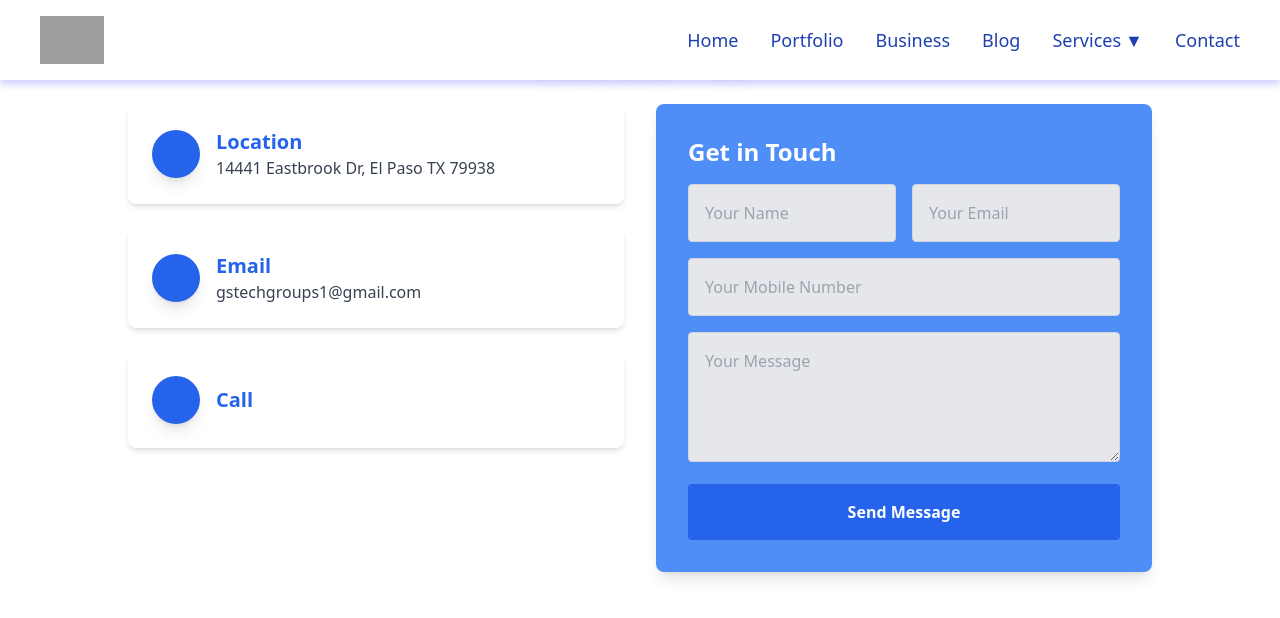
Repository: Rudra-Eswaran/Rudra_Official
Page: /
The author's editor kept a copy of each file at every save. The page is drawn from the files as they stood at one save, then again after a run of saves.
The browser window is 1280 px wide. The pictures show the whole page.
Pictures or frames that could not be fetched are drawn as grey boxes. Some web libraries are served in a nearby version. The project was rebuilt for these pictures with package versions that can differ from the ones it lists, and the page was loaded fresh each time. Also part of the build but not shown: vite.config.js.

Above is the page before, as saved 2025-04-15 18:57:47.

### index.html
<!doctype html>
<html lang="en">
  <head>
    <meta charset="UTF-8" />
    <link rel="icon" type="image/svg+xml" href="/vite.svg" />
    <meta name="viewport" content="width=device-width, initial-scale=1.0" />
    <title>Rudra Loading</title>
    <!-- Tailwind CSS CDN -->
<script src="https://cdn.tailwindcss.com"></script>

  </head>
  <body>
    <div id="root"></div>
    <script type="module" src="/src/main.jsx"></script>
  </body>
</html>

### src/App.jsx
import Navbar from "./components/Navbar";
import Contact from "./pages/Contactus";

export default function App() {
  return (
    <>
      <Navbar />
      <Contact/>
    </>
  );
}

### src/components/Navbar.jsx
import { useState, useEffect } from "react";
import { Link } from "react-router-dom";

const Navbar = () => {
  const [isOpen, setIsOpen] = useState(false);
  const [scrolled, setScrolled] = useState(false);

  // Detect when the user scrolls to change the navbar style
  useEffect(() => {
    const handleScroll = () => {
      setScrolled(window.scrollY > 10);
    };
    window.addEventListener("scroll", handleScroll);
    return () => window.removeEventListener("scroll", handleScroll);
  }, []);

  return (
    <nav
      className={`fixed top-0 left-0 w-full z-10 py-4 transition-all duration-300 ease-in-out ${
        scrolled ? "bg-white shadow-lg" : "bg-white"
      } px-4 shadow-[0px_4px_8px_0px_rgba(0,0,255,0.2)]`}
    >
      <div className="max-w-full mx-auto flex justify-between items-center px-4 md:px-6">
        {/* Logo */}
        <div className="flex items-center space-x-2">
          <img
            src="path_to_your_logo.gif"
            alt="Logo"
            className="h-12 w-auto transition-transform transform hover:scale-110"
          />
        </div>

        {/* Desktop Menu */}
        <ul className="hidden md:flex space-x-8 text-lg font-medium text-blue-800">
          <li>
            <Link
              to="/"
              className="hover:text-blue-300 transition duration-300 ease-in-out transform hover:scale-105"
            >
              Home
            </Link>
          </li>
          <li>
            <Link
              to="/portfolio"
              className="hover:text-blue-300 transition duration-300 ease-in-out transform hover:scale-105"
            >
              Portfolio
            </Link>
          </li>
          <li>
            <Link
              to="/business"
              className="hover:text-blue-300 transition duration-300 ease-in-out transform hover:scale-105"
            >
              Business
            </Link>
          </li>
          <li>
            <Link
              to="/blog"
              className="hover:text-blue-300 transition duration-300 ease-in-out transform hover:scale-105"
            >
              Blog
            </Link>
          </li>

          {/* Services Dropdown */}
          <li className="relative">
            <button
              onClick={() => setIsOpen(!isOpen)}
              className="flex items-center hover:text-blue-300 transition duration-300 ease-in-out transform hover:scale-105"
            >
              Services
              <span className="ml-1 text-lg">{isOpen ? "▲" : "▼"}</span> {/* Chevron Arrow */}
            </button>
            {isOpen && (
              <ul className="absolute left-0 mt-2 space-y-2 bg-white shadow-lg text-blue-800 p-4 rounded-lg w-48">
                <li>
                  <Link
                    to="/products"
                    onClick={() => setIsOpen(false)}
                    className="block text-sm hover:text-blue-500 transition duration-300 ease-in-out transform hover:scale-105"
                  >
                    Products
                  </Link>
                </li>
                <li>
                  <Link
                    to="/services"
                    onClick={() => setIsOpen(false)}
                    className="block text-sm hover:text-blue-500 transition duration-300 ease-in-out transform hover:scale-105"
                  >
                    Services
                  </Link>
                </li>
                <li>
                  <Link
                    to="/edtech"
                    onClick={() => setIsOpen(false)}
                    className="block text-sm hover:text-blue-500 transition duration-300 ease-in-out transform hover:scale-105"
                  >
                    Edtech
                  </Link>
                </li>
              </ul>
            )}
          </li>

          <li>
            <Link
              to="/contact"
              className="hover:text-blue-300 transition duration-300 ease-in-out transform hover:scale-105"
            >
              Contact
            </Link>
          </li>
        </ul>

        {/* Mobile Menu Button */}
        <div className="md:hidden">
          <button
            onClick={() => setIsOpen(!isOpen)}
            className="text-blue-800 text-2xl transition-all ease-in-out duration-300"
          >
            {isOpen ? '❌' : '☰'}
          </button>
        </div>
      </div>

      {/* Mobile Menu */}
      {isOpen && (
        <ul className="md:hidden bg-white text-blue-800 p-6 space-y-4">
          <li>
            <Link
              to="/"
              onClick={() => setIsOpen(false)}
              className="block text-lg hover:text-blue-300 transition-all duration-300"
            >
              Home
            </Link>
          </li>
          <li>
            <Link
              to="/portfolio"
              onClick={() => setIsOpen(false)}
              className="block text-lg hover:text-blue-300 transition-all duration-300"
            >
              Portfolio
            </Link>
          </li>
          <li>
            <Link
              to="/business"
              onClick={() => setIsOpen(false)}
              className="block text-lg hover:text-blue-300 transition-all duration-300"
            >
              Business
            </Link>
          </li>
          <li>
            <Link
              to="/blog"
              onClick={() => setIsOpen(false)}
              className="block text-lg hover:text-blue-300 transition-all duration-300"
            >
              Blog
            </Link>
          </li>

          {/* Services Dropdown in Mobile */}
          <li className="relative">
            <button
              onClick={() => setIsOpen(!isOpen)}
              className="block text-lg hover:text-blue-300 transition-all duration-300 w-full text-left"
            >
              Services <span className="ml-1 text-lg">{isOpen ? "▲" : "▼"}</span> {/* Chevron Arrow */}
            </button>
            {isOpen && (
              <ul className="space-y-2 pl-4">
                <li>
                  <Link
                    to="/products"
                    onClick={() => setIsOpen(false)}
                    className="text-sm hover:text-blue-500 transition duration-300 ease-in-out transform hover:scale-105"
                  >
                    Products
                  </Link>
                </li>
                <li>
                  <Link
                    to="/services"
                    onClick={() => setIsOpen(false)}
                    className="text-sm hover:text-blue-500 transition duration-300 ease-in-out transform hover:scale-105"
                  >
                    Services
                  </Link>
                </li>
                <li>
                  <Link
                    to="/edtech"
                    onClick={() => setIsOpen(false)}
                    className="text-sm hover:text-blue-500 transition duration-300 ease-in-out transform hover:scale-105"
                  >
                    Edtech
                  </Link>
                </li>
              </ul>
            )}
          </li>

          <li>
            <Link
              to="/contact"
              onClick={() => setIsOpen(false)}
              className="block text-lg hover:text-blue-300 transition-all duration-300"
            >
              Contact
            </Link>
          </li>
        </ul>
      )}
    </nav>
  );
};

export default Navbar;

### src/pages/Contactus.jsx
import React, { useState } from "react";
import { motion } from "framer-motion";
import { FiPhone, FiMail, FiMapPin, FiX } from "react-icons/fi";  // Using react-icons for Phone, Email, Location
import { CONTACT_INFO, MODAL_MESSAGES, FORM_FIELDS, BUTTON_LABELS } from "../Constants"; // Import constants

const Contactus = ({ scrollToFooter }) => {
  const [formData, setFormData] = useState({ name: "", email: "", message: "", phone: "" });
  const [submitted, setSubmitted] = useState(false);
  const [loading, setLoading] = useState(false);
  const [showModal, setShowModal] = useState(false);

  const handleChange = (e) => {
    setFormData({ ...formData, [e.target.name]: e.target.value });
  };

  const handleSubmit = async (e) => {
    e.preventDefault();

    if (!formData.name || !formData.email || !formData.message || !formData.phone) {
      alert("Please fill in all the fields.");
      return;
    }

    const emailRegex = /^[^\s@]+@[^\s@]+\.[^\s@]+$/;
    if (!emailRegex.test(formData.email)) {
      alert("Please enter a valid email address.");
      return;
    }

    setLoading(true);
    try {
      const response = await fetch(`${import.meta.env.VITE_BACKEND_BASE_URL}/contact`, {
        method: "POST",
        headers: { "Content-Type": "application/json" },
        body: JSON.stringify(formData),
      });

      const result = await response.json();
      if (result.success) {
        setSubmitted(true);
        setShowModal(true);
        setFormData({ name: "", email: "", message: "", phone: "" });
        setTimeout(() => setShowModal(false), 4000);
      } else {
        alert("Failed to submit form");
      }
    } catch (err) {
      console.error("Error submitting form:", err);
      alert("Something went wrong!");
    } finally {
      setLoading(false);
    }
  };

  return (
    <motion.section
      initial={{ opacity: 0, y: 30 }}
      animate={{ opacity: 1, y: 0 }}
      transition={{ duration: 0.6, ease: "easeOut" }}
      className="relative text-black py-8 px-4 md:py-10 md:px-6 min-h-screen md:min-h-fit"
      style={{
        backgroundColor: "#ffffff", // White background
        backgroundSize: "cover",
        backgroundPosition: "center",
        backgroundRepeat: "no-repeat",
      }}
    >
      <div className="relative container mx-auto max-w-5xl text-center">
        <motion.h2
          className="text-3xl md:text-4xl font-bold text-blue-600 mb-6 uppercase drop-shadow-lg"
          initial={{ opacity: 0, y: -20 }}
          animate={{ opacity: 1, y: 0 }}
          transition={{ duration: 0.5 }}
          whileHover={{ textShadow: "0px 0px 10px rgba(0, 123, 255, 0.8)" }}
        >
          Contact Us
        </motion.h2>
      </div>

      <div className="relative container mx-auto grid grid-cols-1 md:grid-cols-2 gap-6 md:gap-8 max-w-5xl pb-0 mb-0">
        <div className="space-y-6">
          {Object.keys(CONTACT_INFO).map((key) => (
            <InfoBox
              key={key}
              icon={
                key === "location" ? (
                  <FiMapPin size={30} className="text-blue-600" />
                ) : key === "phone" ? (
                  <FiPhone size={30} className="text-blue-600" />
                ) : (
                  <FiMail size={30} className="text-blue-600" />
                )
              }
              title={CONTACT_INFO[key].title}
              text={CONTACT_INFO[key].text}
              onClick={scrollToFooter}
            />
          ))}
        </div>

        <div className="bg-blue-500 bg-opacity-90 p-6 md:p-8 rounded-lg shadow-lg">
          <motion.h3 whileHover={{ scale: 1.05, color: "#ffffff" }} className="text-xl md:text-2xl font-semibold mb-4 text-white">
            Get in Touch
          </motion.h3>
          <form onSubmit={handleSubmit} className="space-y-4">
            <div className="grid grid-cols-1 md:grid-cols-2 gap-4">
              <InputField type="text" name="name" placeholder={FORM_FIELDS.name} value={formData.name} handleChange={handleChange} />
              <InputField type="email" name="email" placeholder={FORM_FIELDS.email} value={formData.email} handleChange={handleChange} />
            </div>
            <InputField type="tel" name="phone" placeholder={FORM_FIELDS.phone} value={formData.phone} handleChange={handleChange} />
            <TextAreaField name="message" placeholder={FORM_FIELDS.message} value={formData.message} handleChange={handleChange} />
            <motion.button
              whileHover={{ scale: !loading ? 1.05 : 1 }}
              type="submit"
              disabled={loading}
              className={`w-full p-3 md:p-4 rounded text-white font-semibold transition ${
                loading ? "bg-gray-500 cursor-not-allowed" : "bg-blue-600 hover:bg-blue-700"
              }`}
            >
              {loading ? BUTTON_LABELS.sending : BUTTON_LABELS.send}
            </motion.button>
          </form>
        </div>
      </div>

      {showModal && (
        <div className="fixed inset-0 flex items-center justify-center z-50 bg-black bg-opacity-60">
          <motion.div
            initial={{ scale: 0.8, opacity: 0 }}
            animate={{ scale: 1, opacity: 1 }}
            className="bg-white text-black p-6 rounded-xl shadow-xl max-w-sm w-full relative"
          >
            <button
              onClick={() => setShowModal(false)}
              className="absolute top-2 right-2 text-gray-500 hover:text-red-500"
            >
              <FiX size={20} />
            </button>
            <h4 className="text-xl font-bold mb-2 text-blue-600">{MODAL_MESSAGES.success.title}</h4>
            <p>{MODAL_MESSAGES.success.message}</p>
          </motion.div>
        </div>
      )}
    </motion.section>
  );
};

const InfoBox = ({ icon, title, text, onClick }) => (
  <motion.div
    onClick={onClick}
    className="cursor-pointer bg-white p-4 md:p-6 rounded-lg flex items-center gap-4 shadow-md transition-transform transform hover:scale-103 hover:shadow-lg"
    whileHover={{ scale: 1.03, boxShadow: "0px 0px 10px rgba(0, 123, 255, 0.4)" }}
  >
    <motion.div
      className="w-12 h-12 flex items-center justify-center rounded-full bg-blue-600 text-white shadow-lg"
      whileHover={{ boxShadow: "0px 0px 15px rgba(0, 123, 255, 1)" }}
      transition={{ duration: 0.3 }}
    >
      {icon}
    </motion.div>
    <div>
      <h4 className="text-lg md:text-xl font-semibold text-blue-600">{title}</h4>
      <p className="text-gray-700">{text}</p>
    </div>
  </motion.div>
);

const InputField = ({ type, name, placeholder, value, handleChange }) => (
  <motion.input
    whileFocus={{ scale: 1.02 }}
    type={type}
    name={name}
    placeholder={placeholder}
    required
    value={value}
    onChange={handleChange}
    className="w-full p-3 md:p-4 rounded bg-gray-200 border border-gray-300 focus:border-blue-500 transition"
  />
);

const TextAreaField = ({ name, placeholder, value, handleChange }) => (
  <motion.textarea
    whileFocus={{ scale: 1.02 }}
    name={name}
    placeholder={placeholder}
    required
    rows="4"
    value={value}
    onChange={handleChange}
    className="w-full p-3 md:p-4 rounded bg-gray-200 border border-gray-300 focus:border-blue-500 transition"
  />
);

export default Contactus;

### src/Constants.jsx
// constants.js
export const CONTACT_INFO = {
    location: {
      title: "Location",
      text: "14441 Eastbrook Dr, El Paso TX 79938",
      icon: "FiMapPin",
    },
    email: {
      title: "Email",
      text: "gstechgroups1@gmail.com",
      icon: "FiMail",
    },
    phone: {
      title: "Call",
      text: "",
      icon: "FiPhone",
    },
  };

  export const MODAL_MESSAGES = {
    success: {
      title: "Success!",
      message: "Your message has been sent. We'll get back to you soon.",
    },
    error: {
      title: "Error",
      message: "Something went wrong. Please try again later.",
    },
  };

  export const FORM_FIELDS = {
    name: "Your Name",
    email: "Your Email",
    phone: "Your Mobile Number",
    message: "Your Message",
  };

  export const BUTTON_LABELS = {
    send: "Send Message",
    sending: "Sending...",
  };

Loaded but not shown: src/main.jsx (common file)

After the next 5 saves:
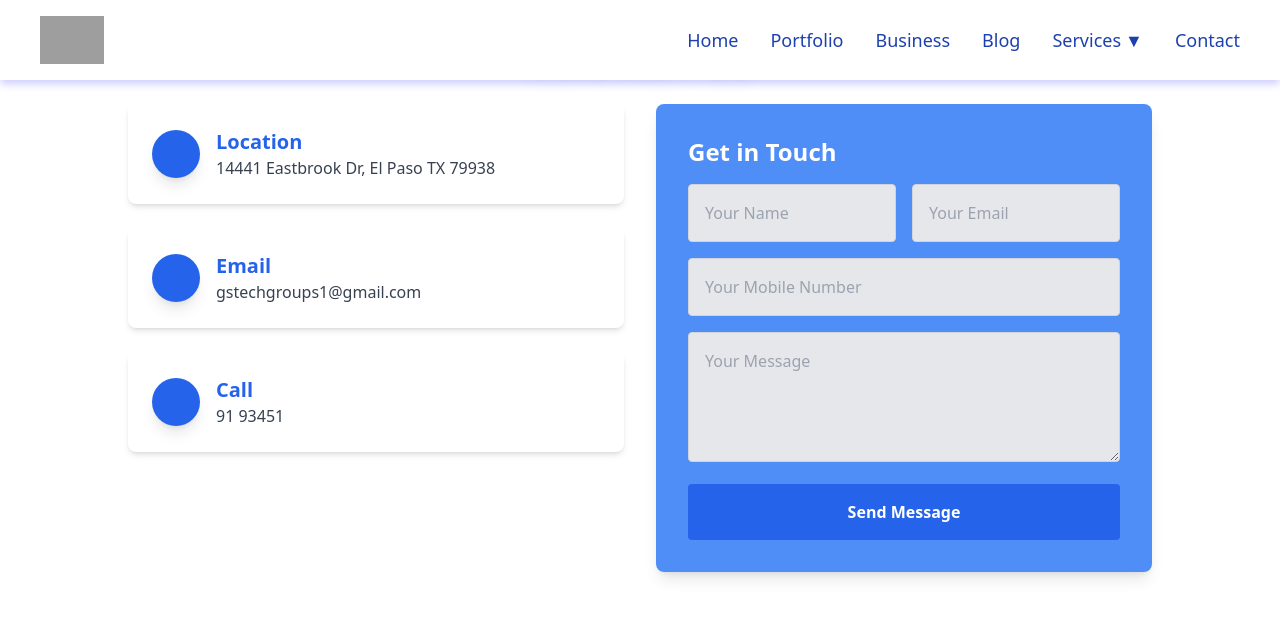
The 5 saves are shown as one change because they came seconds apart.
The last was saved 16 s later.
--- a/src/Constants.jsx
+++ b/src/Constants.jsx
@@ -12,7 +12,7 @@ export const CONTACT_INFO = {
     },
     phone: {
       title: "Call",
-      text: "",
+      text: "91 93451",
       icon: "FiPhone",
     },
   };
